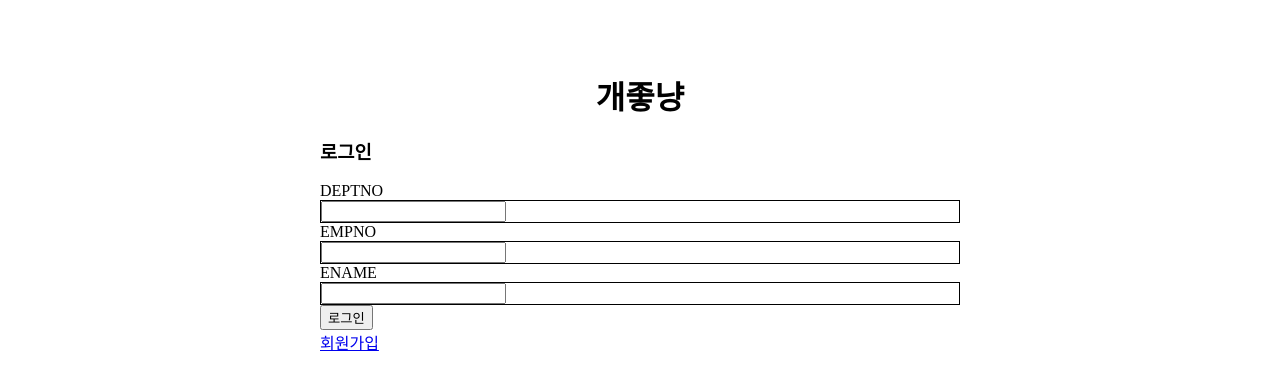
Repository: rmsgh2392/jee-company
Page: http://localhost/company/facade.do
The author's editor kept a copy of each file at every save. The page is drawn from the files as they stood at one save, then again after the next save.
The browser window is 1280 px wide. The pictures show the whole page.
The page is served by Tomcat 9. Other server files are loaded and not shown.

Above is the page before, as saved 2019-10-07 11:00:48.

### company/WebContent/WEB-INF/views/facade/main.jsp
<%@ page language="java" contentType="text/html; charset=UTF-8"
    pageEncoding="UTF-8"%>
<%@taglib prefix="e" uri="http://java.sun.com/jsp/jstl/core"%>
<jsp:include page="../common/head.jsp"/>
<div>
	<h1 id="main_text">개좋냥</h1>
	<e:choose>
		<e:when test="${page eq 'login'}">
			<jsp:include page="login.jsp"/>
		</e:when>
		<e:when test="${page eq 'join'}">
			<jsp:include page="join.jsp"/>
		</e:when>
		<e:when test="${page eq 'mypage'}">
			<jsp:include page="mypage.jsp"/>
		</e:when>
	</e:choose>
</div>
<script>
app.init('${ctx}');
</script>
<jsp:include page="../common/foot.jsp"/>

### company/WebContent/WEB-INF/views/common/head.jsp
<%@ page language="java" contentType="text/html; charset=UTF-8"
    pageEncoding="UTF-8"%>
<!DOCTYPE html>
<html>
<head>
<meta charset="UTF-8">
<title>Insert title here</title>
<script src="${js}/jquery.js"></script>
<link rel="stylesheet" type="text/css" href="${css}/style.css"/></link>
<script src="${js}/app.js"></script>
</head>
<body>
<div class="wrapper" style="width:100%; height:100%">
<div></div> <div></div> <div></div>
<div></div>

### company/WebContent/WEB-INF/views/facade/login.jsp
<%@ page language="java" contentType="text/html; charset=UTF-8"
    pageEncoding="UTF-8"%>
<form id="login_form">
	<div><h3 id="join_text">로그인</h3></div>
	<div class = "login_spac">
		<div id="text">	DEPTNO </div><div id = "input"><input id="deptname" class="login_text" type="text" name="deptNo"/></div>
		<div id="text">
			EMPNO </div><div id = "input"><input id="username" class="login_text" type="text" name="empNo"/>
		</div>
		<div id="text">
			ENAME </div><div id = "input"><input id="userpw" class="login_text" type="text" name="ename"/>
		</div>
		<div>
			<input id="login_btn" type="button" value="로그인"/>
		</div>
		<div>
			<a id="a_join" href="#">회원가입</a>
		</div>
		<input type="hidden" name="action" value="login"/>
		<input type="hidden" name="page" value="mypage"/>
	</div>
</form>
<script>
app.init('${ctx}');
</script>

### company/WebContent/WEB-INF/views/common/foot.jsp
<%@ page language="java" contentType="text/html; charset=UTF-8"
    pageEncoding="UTF-8"%>
<div></div>
<div></div> <div></div> <div></div>
  </div>
</body>
</html>

### company/src/com/company/web/controllers/FacadeController.java
package com.company.web.controllers;

import java.io.IOException;
import javax.servlet.ServletException;
import javax.servlet.annotation.WebServlet;
import javax.servlet.http.HttpServlet;
import javax.servlet.http.HttpServletRequest;
import javax.servlet.http.HttpServletResponse;

import com.company.web.pool.Constants;

@WebServlet("/facade.do")
public class FacadeController extends HttpServlet {
	private static final long serialVersionUID = 1L;

	enum Resources{
		CTX, CSS, JS
	}
	protected void doGet(HttpServletRequest request, HttpServletResponse response) throws ServletException, IOException {
		for(Resources r : Resources.values()) {
			if(r.toString().toLowerCase().equals("ctx")) {
				request.getSession().setAttribute(r.toString().toLowerCase(), request.getContextPath());
			}else {
				request.getSession().setAttribute(r.toString().toLowerCase(), request.getContextPath() + "/resources/" + r.toString().toLowerCase());

			}

		}
		if(request.getParameter("page")==null) {
			request.setAttribute("page", "login");
		}else {
			request.setAttribute("page", request.getParameter("page"));
		}
		request.getRequestDispatcher
		(String.format(Constants.DOUBLE_PATH
				,request.getServletPath().substring(1,request.getServletPath().indexOf(".")),"main"))
		.forward(request, response);

	}

}

### company/WebContent/resources/css/style.css
@charset "UTF-8";
html, body{
	margin: 0;
	height: 100%;
	overflow: hidden;
}
.wrapper{
	display : grid;
	width: 100%;
	height:100%;
	grid-template-columns : 25% 50% 25%;
	grid-template-rows : 10% 60% 30%
}
.container{
	display : grid;
	width: 100%;
	height:100%;
	grid-template-rows : 10% 60% 10%;
}
.content{
	display : grid;
	width: 100%;
	height:100%;
	grid-template-columns: 25% 50% 25%;
	grid-template-rows : 10% 60% 30%;

}
#main_text { width : 200px; margin : 0 auto;text-align:center;}
.join_spac{
display : grid;
	margin : 0 auto;
	width : 70%;
	height: 80%;
	grid-template-columns : 30% 20% 50%;
	grid-template-rows : 11% 11% 11% 11% 11% 11% 11% 11% 12%;
	border : 1px solid black;
}
.container div{border : 1px dotted black}
#login_form{width:100%;height:100%}
#login_tab div{border : 1px solid black;}
#input{
	grid-column: 2/4;
	border : 1px solid black;
}
#dept{
	margin: 0auto;
	width : 100%;
	height : 50px;
}

### company/WebContent/resources/js/app.js
var app = (()=>{
	return {
		init : (ctx)=>{
			employeeService.login(ctx);
			employeeService.join(ctx);
			employeeService.moveJoin(ctx);

		}

	};

})();

var player = (()=>{
	var _empNo,_ename,_job,_mgr,_hireDate,_sal,_comm,_deptNo;

	var setDeptNo = (deptNo)=>{this.deptNo = deptNo;}
	var setEmpNo = (empNo)=>{this.empNo = empNo;}
	var setEname = (ename)=>{this.ename = ename;}
	var getDeptNo = ()=>{return this._deptNo;}
	var getEmpNo = ()=>{return this. _empNo;}
	var getEname = ()=>{return this._ename;}
	return {
		setDeptNo : setDeptNo,
		setEmpNo  :  setEmpNo ,
		setEname : setEname,
		getDeptNo : getDeptNo,
		getEmpNo : getEmpNo,
		getEname : getEname
	};
})();

var employeeService = (()=>{
	return {
		login : (ctx)=>{
			$('#login_btn').click(()=>{
				if($('#username').val()===''||$('#userpw').val()===''||$('#deptname').val()===''){
					alert('필수값이 없습니다.');
				}else{
					/*alert('입력한 값 아이디'+$('#username').val());*/
					$('#login_form').attr('action',ctx+'/company.do');
					$('#login_form').attr('method','GET');
					$('#login_form').submit();
				}

			});
		},
		join: (ctx)=>{
			$('#join_btn').click(()=>{
				if($('#join_empNo').val()===''||$('#join_ename').val()===''){
					alert('필수값이 없습니다.');
				}else{
					/*alert('입력한 값 아이디'+$('#join_empNo').val());*/
					$('#join_form').attr('action',ctx+'/company.do');
					$('#join_form').attr('method','GET');
					$('#join_form').submit();
				}
			});
		},
		moveJoin : (ctx)=>{
			$('#a_join').click(()=>{

				location.assign(ctx+'/facade.do?page=join')
			});
		},


		search: (ctx)=>{
			$('#find2').click(()=>{
				location.assign(ctx+'/player.do?action=search&page=a_position');
			});

			$('#find4').click(()=>{
				location.assign(ctx+'/player.do?action=search&page=4_find_by_teamid_position');

			});

		}

	};
})();

Loaded but not shown: company/WebContent/resources/js/jquery.js (library)

After the next save:
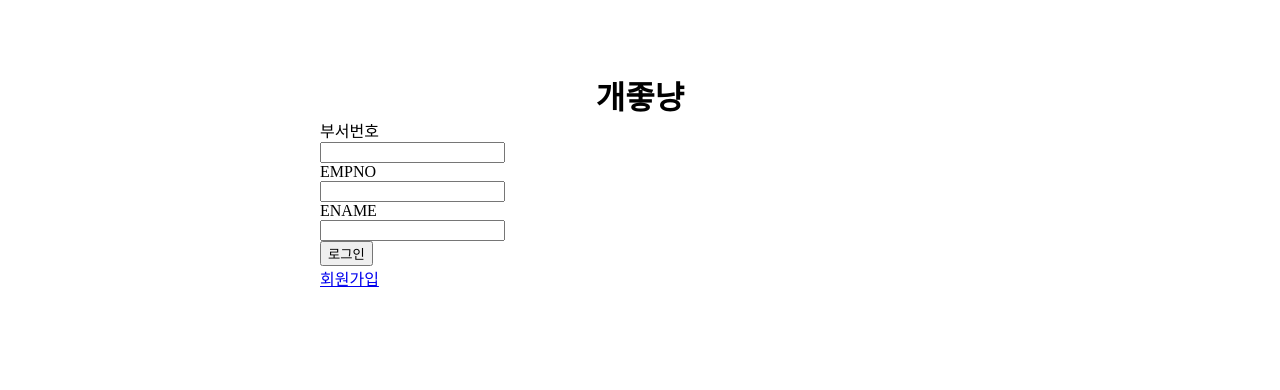
Saved 6 min 43 s later.
--- a/company/WebContent/WEB-INF/views/facade/login.jsp
+++ b/company/WebContent/WEB-INF/views/facade/login.jsp
@@ -1,15 +1,21 @@
 <%@ page language="java" contentType="text/html; charset=UTF-8"
     pageEncoding="UTF-8"%>
 <form id="login_form">
-	<div><h3 id="join_text">로그인</h3></div>
-	<div class = "login_spac">
-		<div id="text">	DEPTNO </div><div id = "input"><input id="deptname" class="login_text" type="text" name="deptNo"/></div>
-		<div id="text">
-			EMPNO </div><div id = "input"><input id="username" class="login_text" type="text" name="empNo"/>
+	<div class = "login_tab">
+		<div> 부서번호 </div>
+		<div><input id="deptname" class="login_text" type="text" name="deptNo"/></div>
+		<div>EMPNO</div>
+		<div>
+			<input id="username" class="login_text" type="text" name="empNo"/>
 		</div>
-		<div id="text">
-			ENAME </div><div id = "input"><input id="userpw" class="login_text" type="text" name="ename"/>
+
+
+		<div>ENAME </div>
+		<div>
+			<input id="userpw" class="login_text" type="text" name="ename"/>
 		</div>
+
+
 		<div>
 			<input id="login_btn" type="button" value="로그인"/>
 		</div>
